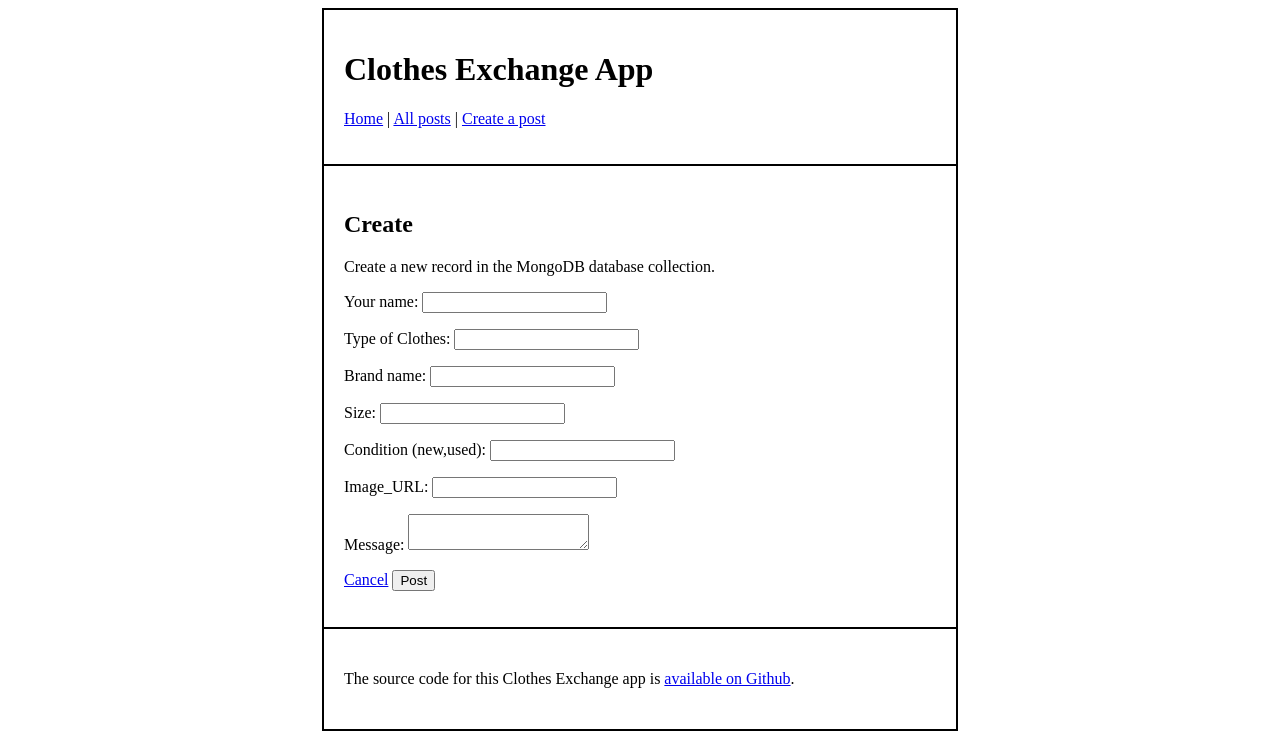
Repository: dbdesign-students-spring2024/7-web-app-dianachen1013
Page: http://localhost/create
The author's editor kept a copy of each file at every save. The page is drawn from the files as they stood at one save, then again after the next save.
The browser window is 1280 px wide. The pictures show the whole page.
The page is served by the project's application, run on Flask 3 (app.py).

Above is the page before, as saved 2024-04-15 19:18:34.

### templates/create.html
{% extends 'base.html' %} {% block container %}
<h2>Create</h2>
<p>Create a new record in the MongoDB database collection.</p>
<form method="POST" action="{{ url_for('create_post') }}">
  <p>Your name: <input type="text" id="fname" name="fname" /><br /></p>
  <p>Type of Clothes: <input type="text" id="ftype" name="ftype" /><br /></p>
  <p>Brand name: <input type="text" id="fbrand" name="fbrand" /><br /></p>
  <p>Size: <input type="text" id="fsize" name="fsize" /><br /></p>
  <p>Condition (new,used): <input type="text" id="fcondition" name="fcondition" /><br /></p>
  <p>Image_URL: <input type="text" id="fimage_url" name="fimage_url" /><br /></p>
  <p>
    Message:
    <textarea type="text" id="fmessage" name="fmessage"></textarea>
  </p>

  <p>
    <a href="{{ url_for('read')}}">Cancel</a>
    <input type="submit" name="post-btn" value="Post" />
  </p>
</form>
{% endblock %}

### templates/base.html
<!DOCTYPE html>
<html>
  <head>
    <title>Clothes Exchange App</title>
    <link
      rel="stylesheet"
      href="{{ url_for('static', filename='css/style.css') }}"
    />
  </head>
  <body>
    <div class="container">
      <header>
        <h1>Clothes Exchange App</h1>
        <p>
          <a href="{{ url_for('home')}}">Home</a> |
          <a href="{{ url_for('read')}}">All posts</a> |
          <a href="{{ url_for('create')}}">Create a post</a>
        </p>
      </header>
      <main>{% block container %} {% endblock %}</main>
      <footer>
        <p>
          The source code for this Clothes Exchange app is
          <a href="https://github.com/dbdesign-students-spring2024/7-web-app-dianachen1013"
            >available on Github</a
          >.
        </p>
      </footer>
    </div>
  </body>
</html>

### app.py
#!/usr/bin/env python3

import os
import sys
import subprocess
import datetime

from flask import Flask, render_template, request, redirect, url_for, make_response

# import logging
import sentry_sdk
from sentry_sdk.integrations.flask import (
    FlaskIntegration,
)  # delete this if not using sentry.io

# from markupsafe import escape
import pymongo
from pymongo.errors import ConnectionFailure
from bson.objectid import ObjectId
from dotenv import load_dotenv

# load credentials and configuration options from .env file
# if you do not yet have a file named .env, make one based on the template in env.example
load_dotenv(override=True)  # take environment variables from .env.

# initialize Sentry for help debugging... this requires an account on sentrio.io
# you will need to set the SENTRY_DSN environment variable to the value provided by Sentry
# delete this if not using sentry.io
sentry_sdk.init(
    dsn=os.getenv("SENTRY_DSN"),
    # enable_tracing=True,
    # Set traces_sample_rate to 1.0 to capture 100% of transactions for performance monitoring.
    traces_sample_rate=1.0,
    # Set profiles_sample_rate to 1.0 to profile 100% of sampled transactions.
    # We recommend adjusting this value in production.
    integrations=[FlaskIntegration()],
    send_default_pii=True,
)

# instantiate the app using sentry for debugging
app = Flask(__name__)

# # turn on debugging if in development mode
# app.debug = True if os.getenv("FLASK_ENV", "development") == "development" else False

# try to connect to the database, and quit if it doesn't work
try:
    cxn = pymongo.MongoClient(os.getenv("MONGO_URI"))
    db = cxn[os.getenv("MONGO_DBNAME")]  # store a reference to the selected database

    # verify the connection works by pinging the database
    cxn.admin.command("ping")  # The ping command is cheap and does not require auth.
    print(" * Connected to MongoDB!")  # if we get here, the connection worked!
except ConnectionFailure as e:
    # catch any database errors
    # the ping command failed, so the connection is not available.
    print(" * MongoDB connection error:", e)  # debug
    sentry_sdk.capture_exception(e)  # send the error to sentry.io. delete if not using
    sys.exit(1)  # this is a catastrophic error, so no reason to continue to live


# set up the routes


@app.route("/")
def home():
    """
    Route for the home page.
    Simply returns to the browser the content of the index.html file located in the templates folder.
    """
    return render_template("index.html")


@app.route("/read")
def read():
    """
    Route for GET requests to the read page.
    Displays some information for the user with links to other pages.
    """
    docs = db.exampleapp.find({}).sort(
        "created_at", -1
    )  # sort in descending order of created_at timestamp
    return render_template("read.html", docs=docs)  # render the read template


@app.route("/create")
def create():
    """
    Route for GET requests to the create page.
    Displays a form users can fill out to create a new document.
    """
    return render_template("create.html")  # render the create template


@app.route("/create", methods=["POST"])
def create_post():
    """
    Route for POST requests to the create page.
    Accepts the form submission data for a new document and saves the document to the database.
    """

    name = request.form["fname"]
    Type_of_Clothes = request.form["ftype"]
    message = request.form["fmessage"]

    # create a new document with the data the user entered
    doc = {"name": name, "Type_of_Clothes": Type_of_Clothes, "message": message, "created_at": datetime.datetime.utcnow()}
    db.exampleapp.insert_one(doc)  # insert a new document

    return redirect(
        url_for("read")
    )  # tell the browser to make a request for the /read route


@app.route("/edit/<mongoid>")
def edit(mongoid):
    """
    Route for GET requests to the edit page.
    Displays a form users can fill out to edit an existing record.

    Parameters:
    mongoid (str): The MongoDB ObjectId of the record to be edited.
    """
    doc = db.exampleapp.find_one({"_id": ObjectId(mongoid)})
    return render_template(
        "edit.html", mongoid=mongoid, doc=doc
    )  # render the edit template


@app.route("/edit/<mongoid>", methods=["POST"])
def edit_post(mongoid):
    """
    Route for POST requests to the edit page.
    Accepts the form submission data for the specified document and updates the document in the database.

    Parameters:
    mongoid (str): The MongoDB ObjectId of the record to be edited.
    """
    name = request.form ["fname"]
    Type_of_Clothes = request.form ["ftype"]
    message = request.form ["fmessage"]

    update_doc = {
        # "_id": ObjectId(mongoid),
        "name": name,
        "Type_of_CLothes": Type_of_Clothes,
        "message": message,
        "created_at": datetime.datetime.utcnow(),
    }

    db.exampleapp.update_one(
        {"_id": ObjectId(mongoid)}, {"$set": update_doc}  # match criteria
    )

    return redirect(
        url_for("read")
    )  # tell the browser to make a request for the /read route


@app.route("/delete/<mongoid>")
def delete(mongoid):
    """
    Route for GET requests to the delete page.
    Deletes the specified record from the database, and then redirects the browser to the read page.

    Parameters:
    mongoid (str): The MongoDB ObjectId of the record to be deleted.
    """
    db.exampleapp.delete_one({"_id": ObjectId(mongoid)})
    return redirect(
        url_for("read")
    )  # tell the web browser to make a request for the /read route.


@app.route("/webhook", methods=["POST"])
def webhook():
    """
    GitHub can be configured such that each time a push is made to a repository, GitHub will make a request to a particular web URL... this is called a webhook.
    This function is set up such that if the /webhook route is requested, Python will execute a git pull command from the command line to update this app's codebase.
    You will need to configure your own repository to have a webhook that requests this route in GitHub's settings.
    Note that this webhook does do any verification that the request is coming from GitHub... this should be added in a production environment.
    """
    # run a git pull command
    process = subprocess.Popen(["git", "pull"], stdout=subprocess.PIPE)
    pull_output = process.communicate()[0]
    # pull_output = str(pull_output).strip() # remove whitespace
    process = subprocess.Popen(["chmod", "a+x", "flask.cgi"], stdout=subprocess.PIPE)
    chmod_output = process.communicate()[0]
    # send a success response
    response = make_response(f"output: {pull_output}", 200)
    response.mimetype = "text/plain"
    return response


@app.errorhandler(Exception)
def handle_error(e):
    """
    Output any errors - good for debugging.
    """
    return render_template("error.html", error=e)  # render the edit template


# run the app
if __name__ == "__main__":
    # logging.basicConfig(filename="./flask_error.log", level=logging.DEBUG)
    app.run(load_dotenv=True)

### static/css/style.css
.container {
  border: 2px solid;
  width: 50%;
  margin: 0 auto;
}

header,
footer,
main {
  padding: 20px;
}

header,
main {
  border-bottom: 2px solid;
  margin-bottom: 5px;
}

p.post {
  font-size: 12px;
}

footer {
  margin-bottom: 5px;
}

After the next save:
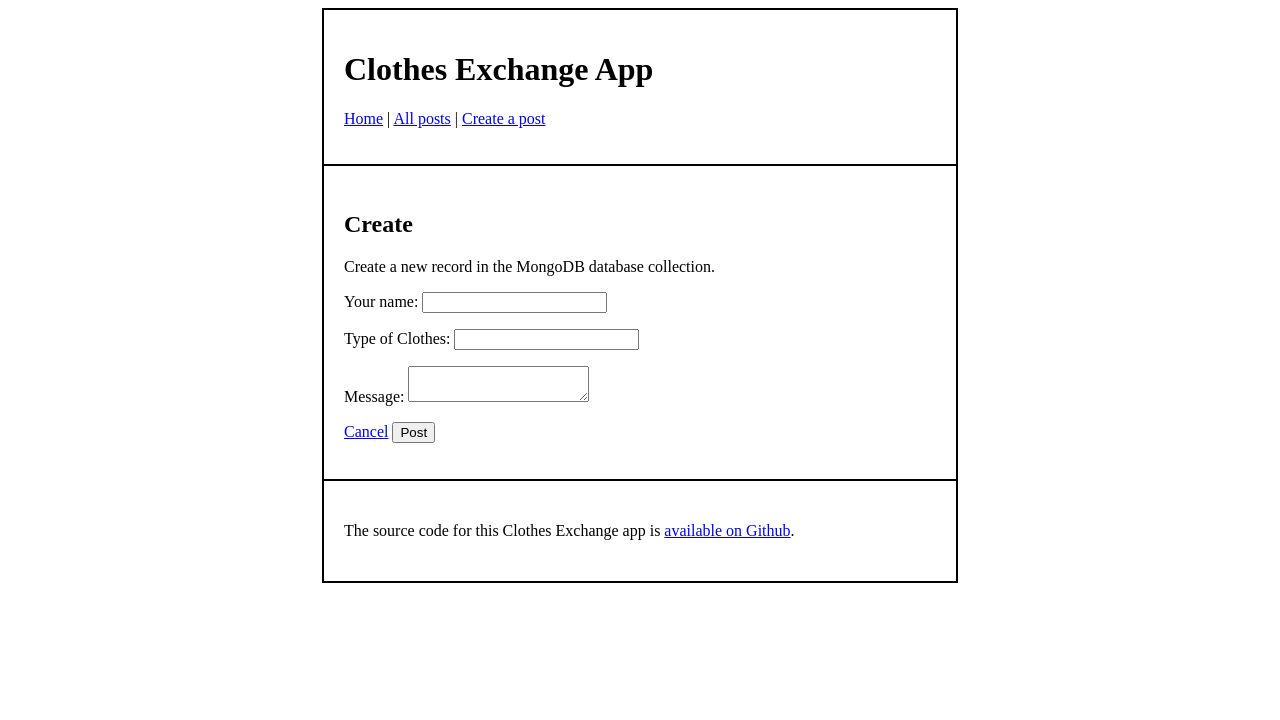
Saved 11 s later.
--- a/templates/create.html
+++ b/templates/create.html
@@ -4,10 +4,6 @@
 <form method="POST" action="{{ url_for('create_post') }}">
   <p>Your name: <input type="text" id="fname" name="fname" /><br /></p>
   <p>Type of Clothes: <input type="text" id="ftype" name="ftype" /><br /></p>
-  <p>Brand name: <input type="text" id="fbrand" name="fbrand" /><br /></p>
-  <p>Size: <input type="text" id="fsize" name="fsize" /><br /></p>
-  <p>Condition (new,used): <input type="text" id="fcondition" name="fcondition" /><br /></p>
-  <p>Image_URL: <input type="text" id="fimage_url" name="fimage_url" /><br /></p>
   <p>
     Message:
     <textarea type="text" id="fmessage" name="fmessage"></textarea>
